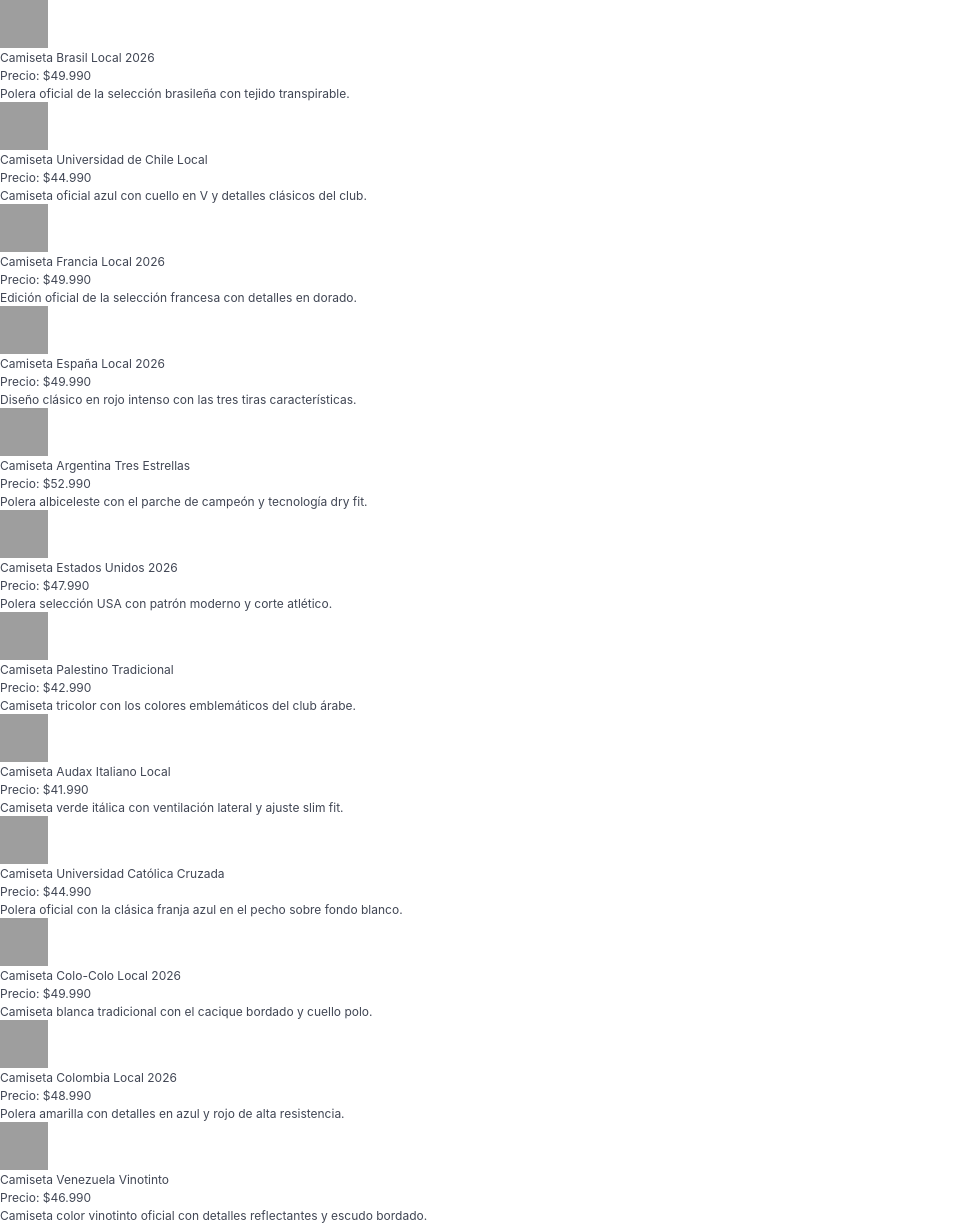
Repository: Jeann7226/Proyecto_FullStack
Page: index.html
The author's editor kept a copy of each file at every save. The page is drawn from the files as they stood at one save, then again after the next save.
The browser window is 1280 px wide. The pictures show the whole page, at 75% of full size.
Pictures or frames that could not be fetched are drawn as grey boxes.

Above is the page before, as saved 2026-09-02 23:11:46.

### index.html
<!DOCTYPE html>
<html lang="en" data-theme="light">
<head>
    <meta charset="UTF-8">
    <meta name="viewport" content="width=device-width, initial-scale=1.0">
    <title>Document</title>
    <link rel="stylesheet" href="https://cdn.jsdelivr.net/npm/bulma@1.0.4/css/bulma.min.css">
    <link rel="stylesheet" href="css/style.css">
</head>
<body>
    <div id="contenedor-productos"></div>
    <script type="module" src="js/app.js"></script>
</body>
</html>

### js/app.js
 // 1. JSON simulado con los datos de los productos
import { datosProductos } from "./productos/productos.js";

// 2. Capturar el contenedor usando su ID (ya no necesitamos el [0])
const contenedor = document.getElementById("contenedor-productos");

// 3. Iterar sobre el JSON para crear un div por cada producto
datosProductos.forEach(producto => {

  // Crear el div contenedor del producto
  const divProducto = document.createElement("div");
  divProducto.className = "tarjeta-producto"; // Mantenemos la clase para que puedas darle estilo con CSS
  // Crear la imagen
  const img = document.createElement("img");
  img.src = producto.imagen;
  img.alt = producto.titulo;
  img.className = "image is-64x64"
  // Crear el título
  const titulo = document.createElement("h3");
  titulo.textContent = producto.titulo;

  // Crear el precio
  const precio = document.createElement("p");
  precio.textContent = `Precio: $${producto.precio.toLocaleString('es-CL')}`;

  // Crear la descripción
  const descripcion = document.createElement("p");
  descripcion.textContent = producto.descripcion;

  // 4. Agregar todos los elementos hijos al div del producto
  divProducto.appendChild(img);
  divProducto.appendChild(titulo);
  divProducto.appendChild(precio);
  divProducto.appendChild(descripcion);

  // 5. Finalmente, inyectar el div completo en el contenedor principal
  contenedor.appendChild(divProducto);
});

### js/productos/productos.js
export const datosProductos = [
    {
        id: 1,
        titulo: "Camiseta Brasil Local 2026",
        precio: 49990,
        descripcion: "Polera oficial de la selección brasileña con tejido transpirable.",
        img: "assets/imagenes/brasil2.png"
    },
    {
        id: 2,
        titulo: "Camiseta Universidad de Chile Local",
        precio: 44990,
        descripcion: "Camiseta oficial azul con cuello en V y detalles clásicos del club.",
        img: ""
    },
    {
        id: 3,
        titulo: "Camiseta Francia Local 2026",
        precio: 49990,
        descripcion: "Edición oficial de la selección francesa con detalles en dorado.",
        img: ""
    },
    {
        id: 4,
        titulo: "Camiseta España Local 2026",
        precio: 49990,
        descripcion: "Diseño clásico en rojo intenso con las tres tiras características.",
        img: ""
    },
    {
        id: 5,
        titulo: "Camiseta Argentina Tres Estrellas",
        precio: 52990,
        descripcion: "Polera albiceleste con el parche de campeón y tecnología dry fit.",
        img: ""
    },
    {
        id: 6,
        titulo: "Camiseta Estados Unidos 2026",
        precio: 47990,
        descripcion: "Polera selección USA con patrón moderno y corte atlético.",
        img: ""
    },
    {
        id: 7,
        titulo: "Camiseta Palestino Tradicional",
        precio: 42990,
        descripcion: "Camiseta tricolor con los colores emblemáticos del club árabe.",
        img: ""
    },
    {
        id: 8,
        titulo: "Camiseta Audax Italiano Local",
        precio: 41990,
        descripcion: "Camiseta verde itálica con ventilación lateral y ajuste slim fit.",
        img: ""
    },
    {
        id: 9,
        titulo: "Camiseta Universidad Católica Cruzada",
        precio: 44990,
        descripcion: "Polera oficial con la clásica franja azul en el pecho sobre fondo blanco.",
        img: ""
    },
    {
        id: 10,
        titulo: "Camiseta Colo-Colo Local 2026",
        precio: 49990,
        descripcion: "Camiseta blanca tradicional con el cacique bordado y cuello polo.",
        img: ""
    },
    {
        id: 11,
        titulo: "Camiseta Colombia Local 2026",
        precio: 48990,
        descripcion: "Polera amarilla con detalles en azul y rojo de alta resistencia.",
        img: ""
    },
    {
        id: 12,
        titulo: "Camiseta Venezuela Vinotinto",
        precio: 46990,
        descripcion: "Camiseta color vinotinto oficial con detalles reflectantes y escudo bordado.",
        img: ""
    }

];

Loaded but not shown: css/style.css (no stored copy; drawn as an empty file)

After the next save:
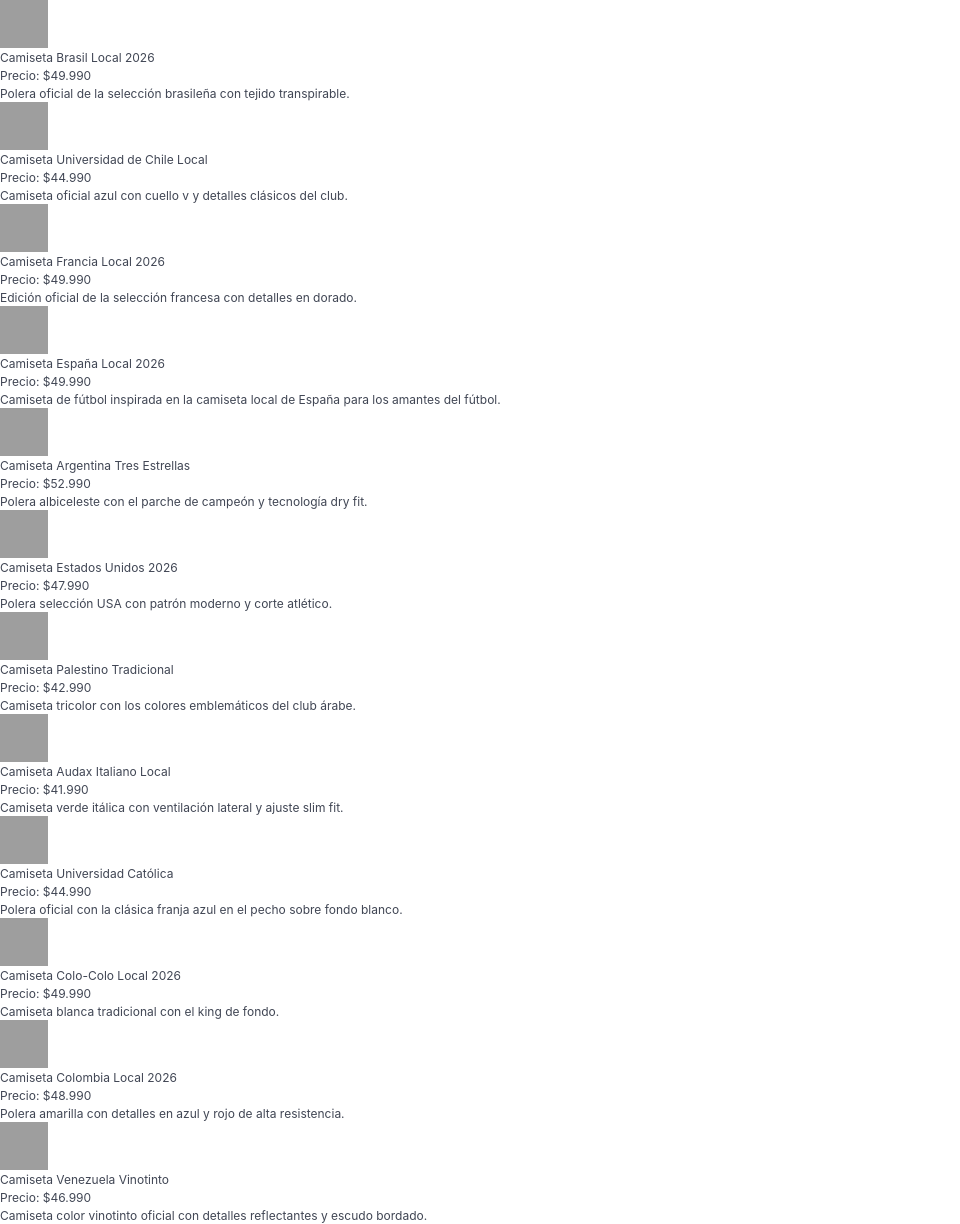
Saved 35 min 2 s later.
--- a/js/productos/productos.js
+++ b/js/productos/productos.js
@@ -4,84 +4,96 @@
         titulo: "Camiseta Brasil Local 2026",
         precio: 49990,
         descripcion: "Polera oficial de la selección brasileña con tejido transpirable.",
+        img: "assets/imagenes/brasil1.jpg",
         img: "assets/imagenes/brasil2.png"
     },
     {
         id: 2,
         titulo: "Camiseta Universidad de Chile Local",
         precio: 44990,
-        descripcion: "Camiseta oficial azul con cuello en V y detalles clásicos del club.",
-        img: ""
+        descripcion: "Camiseta oficial azul con cuello v y detalles clásicos del club.",
+        img: "assets/imagenes/lau1.webp",
+        img: "assets/imagenes/lau2.webp"
     },
     {
         id: 3,
         titulo: "Camiseta Francia Local 2026",
         precio: 49990,
         descripcion: "Edición oficial de la selección francesa con detalles en dorado.",
-        img: ""
+        img: "assets/imagenes/francia1.png",
+        img: "assets/imagenes/francia2.png"
     },
     {
         id: 4,
         titulo: "Camiseta España Local 2026",
         precio: 49990,
-        descripcion: "Diseño clásico en rojo intenso con las tres tiras características.",
-        img: ""
+        descripcion: "Camiseta de fútbol inspirada en la camiseta local de España  para los amantes del fútbol.",
+        img: "assets/imagenes/españa2.jpg",
+        img: "assets/imagenes/españa3.jpg"
     },
     {
         id: 5,
         titulo: "Camiseta Argentina Tres Estrellas",
         precio: 52990,
         descripcion: "Polera albiceleste con el parche de campeón y tecnología dry fit.",
-        img: ""
+        img: "assets/imagenes/argentina1.jpg",
+        img: "assets/imagenes/argentina2.jpg"
     },
     {
         id: 6,
         titulo: "Camiseta Estados Unidos 2026",
         precio: 47990,
         descripcion: "Polera selección USA con patrón moderno y corte atlético.",
-        img: ""
+        img: "assets/imagenes/usa1.jpg",
+        img: "assets/imagenes/usa2.jpg"
     },
     {
         id: 7,
         titulo: "Camiseta Palestino Tradicional",
         precio: 42990,
         descripcion: "Camiseta tricolor con los colores emblemáticos del club árabe.",
-        img: ""
+        img: "assets/imagenes/palestino1.jpg",
+        img: "assets/imagenes/palestino2.jpg"
     },
     {
         id: 8,
         titulo: "Camiseta Audax Italiano Local",
         precio: 41990,
         descripcion: "Camiseta verde itálica con ventilación lateral y ajuste slim fit.",
-        img: ""
+        img: "assets/imagenes/audax1.jpg",
+        img: "assets/imagenes/audax2.jpg"
     },
     {
         id: 9,
-        titulo: "Camiseta Universidad Católica Cruzada",
+        titulo: "Camiseta Universidad Católica",
         precio: 44990,
         descripcion: "Polera oficial con la clásica franja azul en el pecho sobre fondo blanco.",
-        img: ""
+        img: "assets/imagenes/catolica1.jpg",
+        img: "assets/imagenes/catolica2.jpg"
     },
     {
         id: 10,
         titulo: "Camiseta Colo-Colo Local 2026",
         precio: 49990,
-        descripcion: "Camiseta blanca tradicional con el cacique bordado y cuello polo.",
-        img: ""
+        descripcion: "Camiseta blanca tradicional con el king de fondo.",
+        img: "assets/imagenes/zorra1.jpg",
+        img: "assets/imagenes/zorra2.jpg"
     },
     {
         id: 11,
         titulo: "Camiseta Colombia Local 2026",
         precio: 48990,
         descripcion: "Polera amarilla con detalles en azul y rojo de alta resistencia.",
-        img: ""
+        img: "assets/imagenes/col1.jpg",
+        img: "assets/imagenes/col2.jpg"
     },
     {
         id: 12,
         titulo: "Camiseta Venezuela Vinotinto",
         precio: 46990,
         descripcion: "Camiseta color vinotinto oficial con detalles reflectantes y escudo bordado.",
-        img: ""
+        img: "assets/imagenes/venezuela1.jpg",
+        img: "assets/imagenes/venezuela2.jpg"
     }
 
 ];
